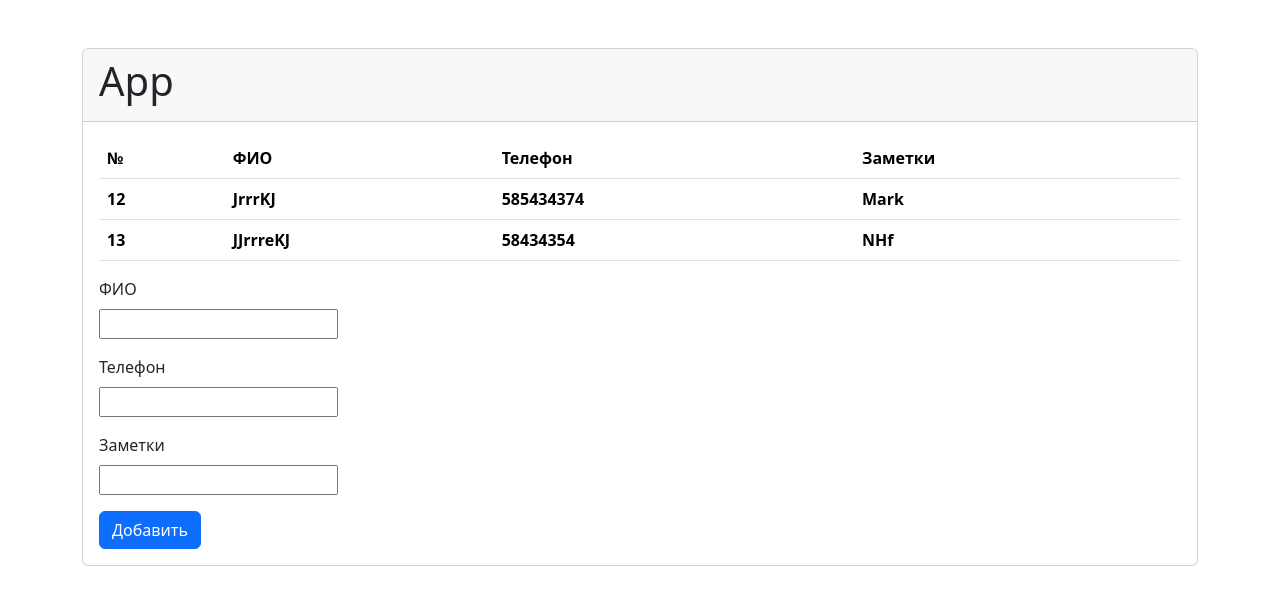
Repository: tatacheba/appstepikjavareact
Page: / (app in client/)
The author's editor kept a copy of each file at every save. The page is drawn from the files as they stood at one save, then again after the next save.
The browser window is 1280 px wide. The pictures show the whole page.
The project was rebuilt for these pictures with package versions that can differ from the ones it lists, and the page was loaded fresh each time. Also part of the build but not shown: client/src/App.css.

Above is the page before, as saved 2024-11-27 14:44:16.

After the next save:
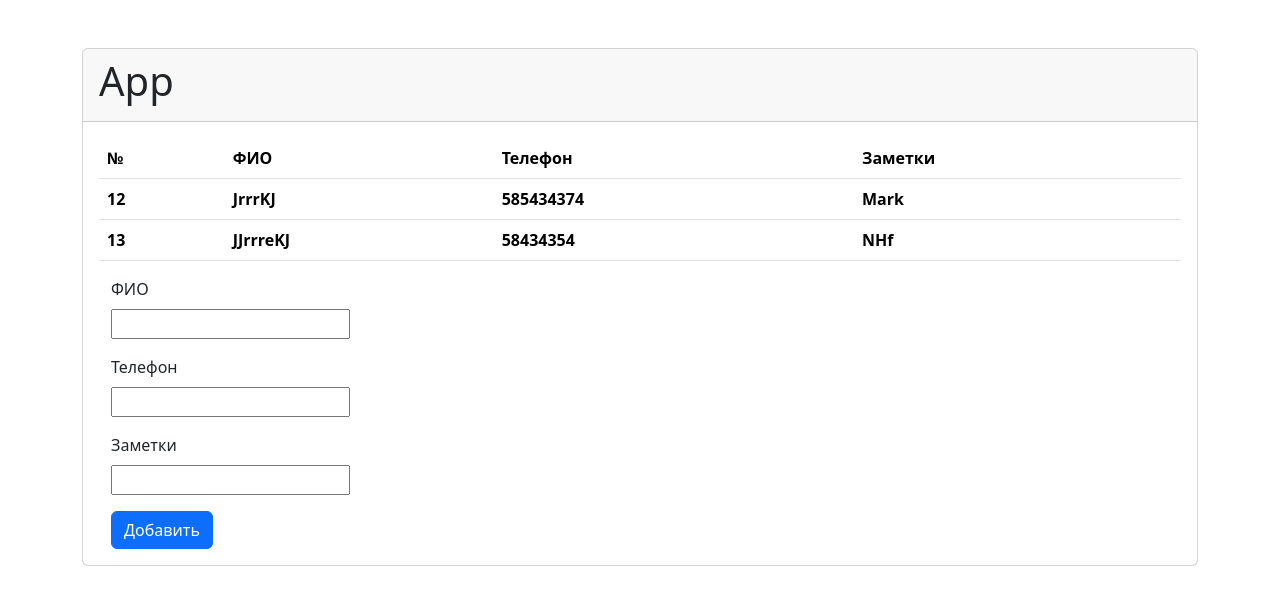
Saved 22 s later.
--- a/client/src/layouts/formNewItem/FormNewItem.js
+++ b/client/src/layouts/formNewItem/FormNewItem.js
@@ -2,7 +2,7 @@ import React from "react";
 
 function FormNewItem(props) {
     return (
-        <div className="mt-3">
+        <div className="container">
             <form>
                 <label className="form-label">ФИО</label>
                 <div className="mb-3 ">
